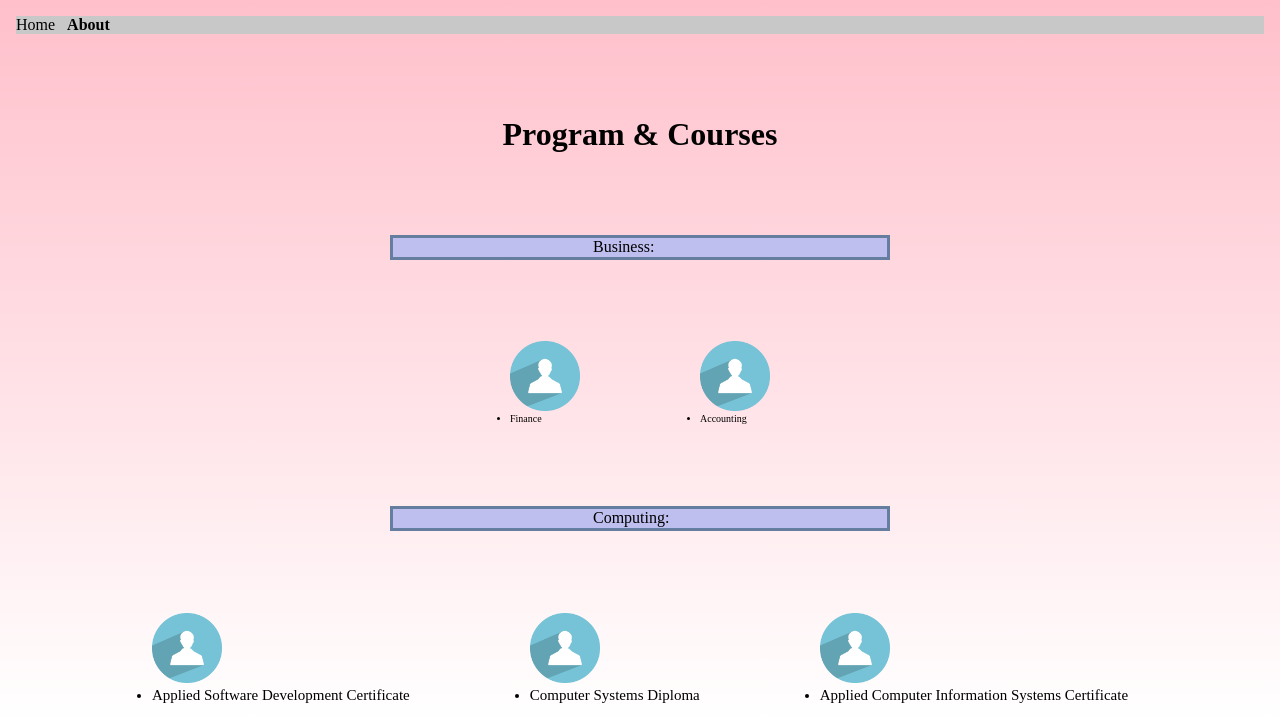
Repository: anoncoderin/madhu-assignment3
Page: /
These files come from the project's save history. The page is drawn as it stood at one moment and after the next save; the edit follows.
The browser window is 1280 px wide. The pictures show the whole page.
The project was rebuilt for these pictures with package versions that can differ from the ones it lists, and the page was loaded fresh each time. The framework's server and built-in components were replaced by stand-ins that run in the browser. Also part of the build but not shown: next.config.js, components/Card/Card.module.css.

Above is the page before, as saved 2023-01-22 22:42:23.

After the next save:
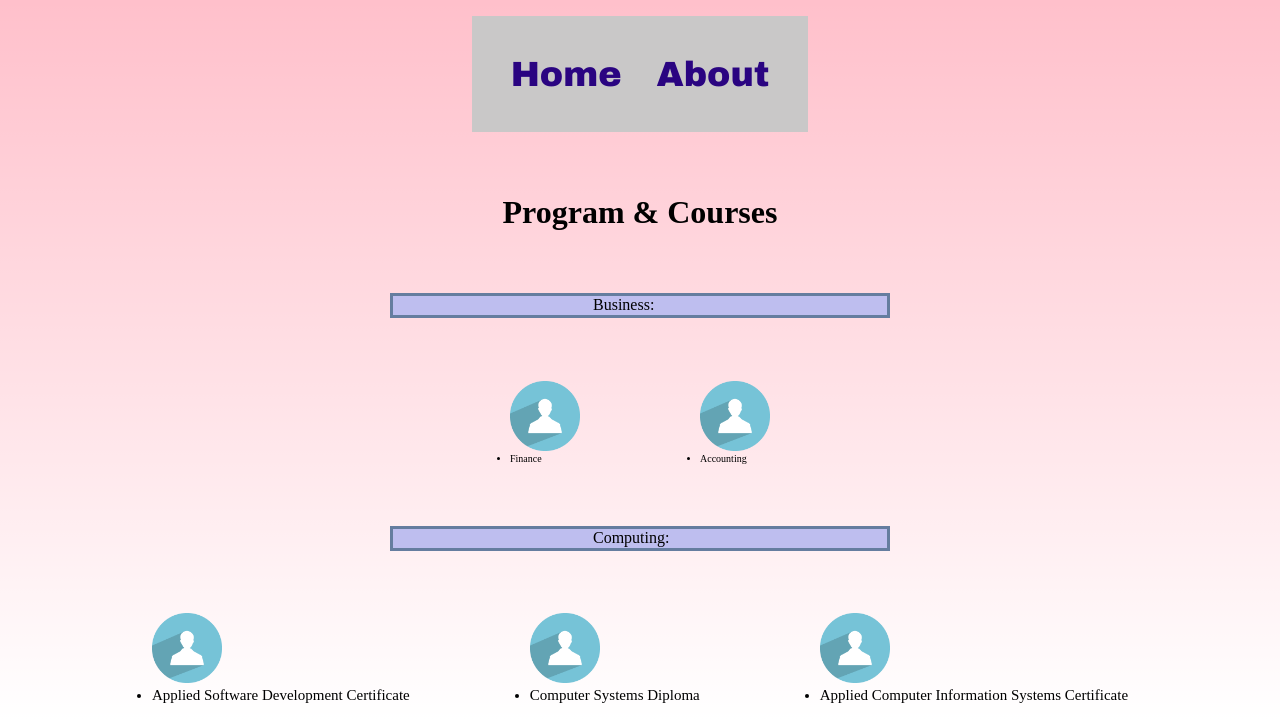
Saved 29 s later.
--- a/styles/Home.module.css
+++ b/styles/Home.module.css
@@ -15,10 +15,16 @@
 }
 .nav{
   display: flex;
-  flex-direction: row;
+  flex-direction: column;
   justify-content: space-between;
+  align-items: center;
+      padding: 39px;
   background-color: rgb(201, 200, 200);
-  width: 100%;
+  color: rgb(42, 4, 129);
+
+  font-size: 35px;
+  margin: 45;
+  font-family: arial black;
 }
 
 
